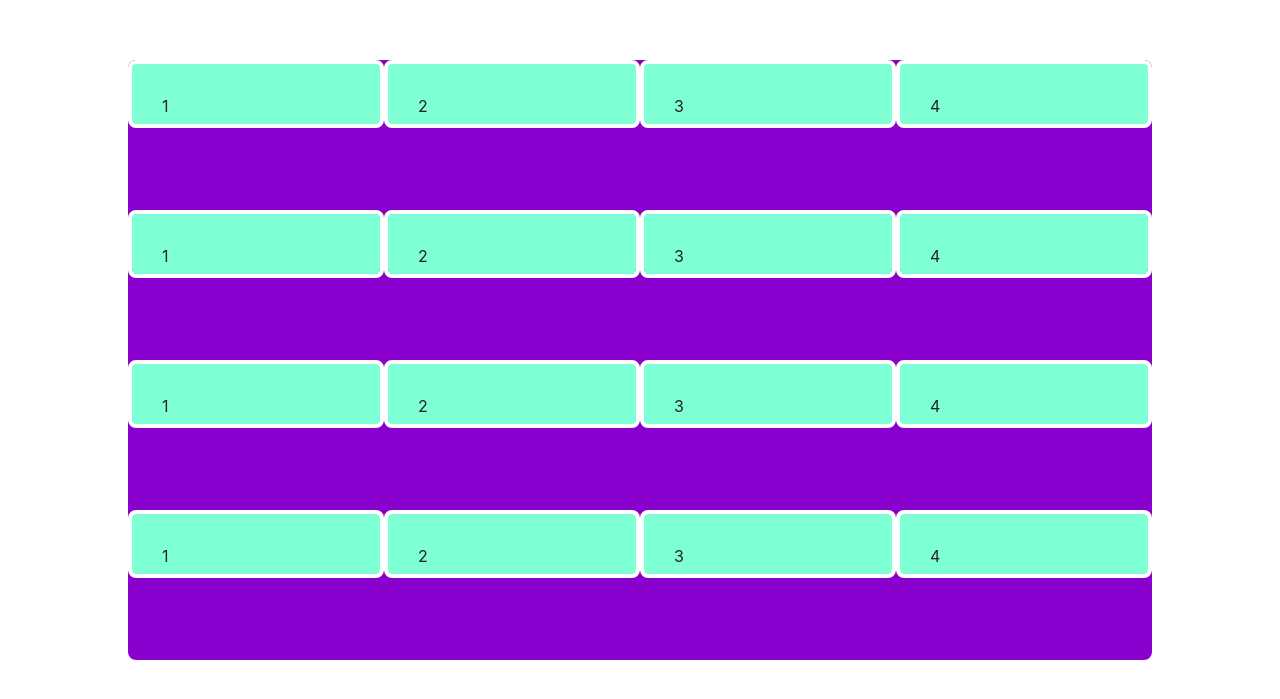
Repository: alessandradiamantino/Curso-Front-End-Design
Page: 1 - Introdução ao HTML e CSS/3 - Layouts, Grids e Flexbox/Bootstrap Grid system/index.html
An editor plug-in stored every save of this project. The page is shown before and after the next save, followed by the edit.
The browser window is 1280 px wide. The pictures show the whole page.

Above is the page before, as saved 2023-04-24 10:52:39.

### 1 - Introdução ao HTML e CSS/3 - Layouts, Grids e Flexbox/Bootstrap Grid system/index.html
<!DOCTYPE html>
<html lang="en">
<head>
  <meta charset="UTF-8">
  <meta http-equiv="X-UA-Compatible" content="IE=edge">
  <meta name="viewport" content="width=device-width, initial-scale=1.0">
  <link rel="stylesheet" href="css/bootstrap.min.css">
  <link rel="stylesheet" href="css/style.css">
  <title>Document</title>
</head>

<body>
 <!--
  <div class="my-box container justify-content-center"> <!-- container responsivo
  <div class="row">
    <div class="col-sm- col-lg-3 div-1">DIV 1</div>
    <div class="col-sm- col-lg-2 div-2">DIV 2</div>
    <div class="col-sm- col-lg-2 div-3">DIV 3</div>
  </div>
   </div>
-->
   <div class="my-container">
    <div class="my-item">
      1
    </div>
    <div class="my-item">
      2
    </div>
    <div class="my-item">
      3
    </div>
    <div class="my-item">
      4
    </div>
    <div class="my-item">
      1
    </div>
    <div class="my-item">
      2
    </div>
    <div class="my-item">
      3
    </div>
    <div class="my-item">
      4
    </div><div class="my-item">
      1
    </div>
    <div class="my-item">
      2
    </div>
    <div class="my-item">
      3
    </div>
    <div class="my-item">
      4
    </div><div class="my-item">
      1
    </div>
    <div class="my-item">
      2
    </div>
    <div class="my-item">
      3
    </div>
    <div class="my-item">
      4
    </div>
   </div>
</body>
</html>

### 1 - Introdução ao HTML e CSS/3 - Layouts, Grids e Flexbox/Bootstrap Grid system/css/style.css
* {
  box-sizing: border-box;
}
body {
  margin: 0;
  padding: 0;
}

.my-box{
  height: 100px;
}

.my-container{
  display: flex;
  width: 80%;
  height: 600px;
  margin: 60px auto;
  background-color: #8a00cf;
  border-radius: 8px;
  /*flex-direction: row;
  flex-wrap: wrap;*/
  flex-flow: row wrap;
  justify-content: space-between;
  align-items: flex-start;
  align-content: ;
}

.my-item {
  height: 50px;
  padding: 30px;
  background-color: aquamarine;
  border-radius: 8px;
  border: 4px solid white;
  flex-basis: 25%;
}

.my-box div {
  background-color: blueviolet;
  height: 80px;
  margin-top: 10px;
}

.my-box .div-1 {
  background-color: aquamarine;
}

.my-box .div-2 {
  background-color: bisque;
}

.my-box .div-3 {
  background-color: cornflowerblue;
}

Loaded but not shown: 1 - Introdução ao HTML e CSS/3 - Layouts, Grids e Flexbox/Bootstrap Grid system/css/bootstrap.min.css (library)

After the next save:
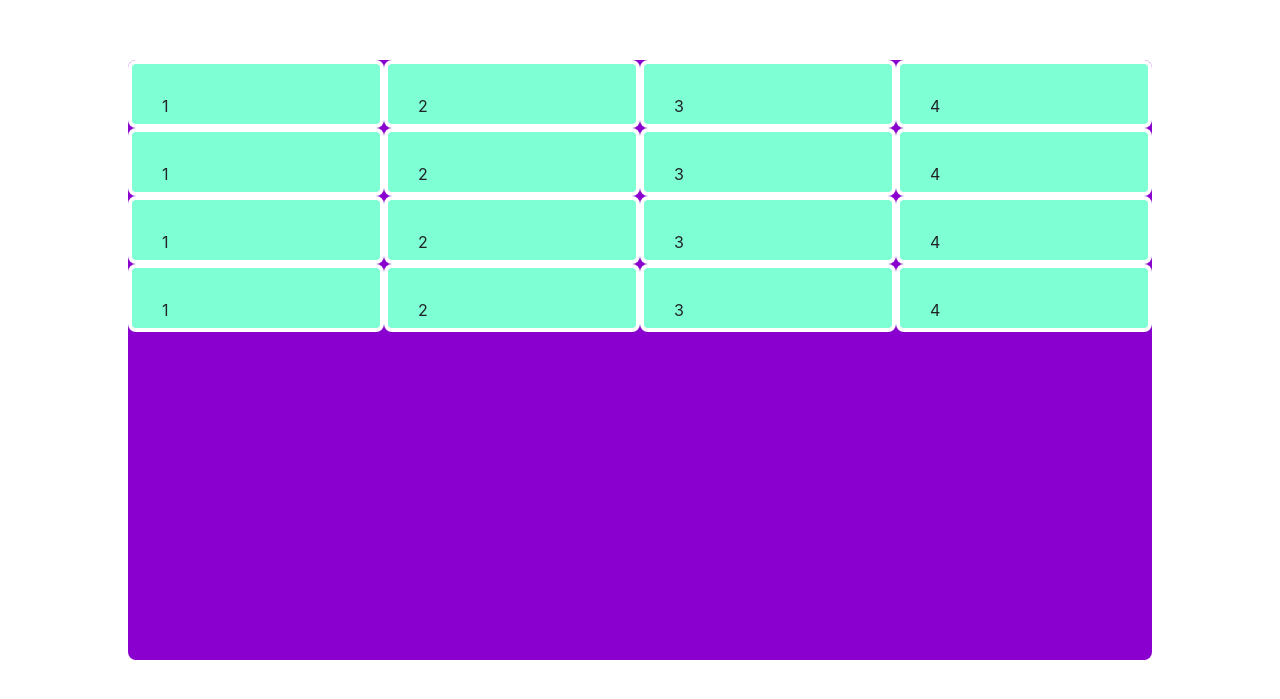
Saved 8 s later.
--- a/1 - Introdução ao HTML e CSS/3 - Layouts, Grids e Flexbox/Bootstrap Grid system/css/style.css
+++ b/1 - Introdução ao HTML e CSS/3 - Layouts, Grids e Flexbox/Bootstrap Grid system/css/style.css
@@ -22,7 +22,7 @@
   flex-flow: row wrap;
   justify-content: space-between;
   align-items: flex-start;
-  align-content: ;
+  align-content: flex-start;
 }
 
 .my-item {

After the save that followed:
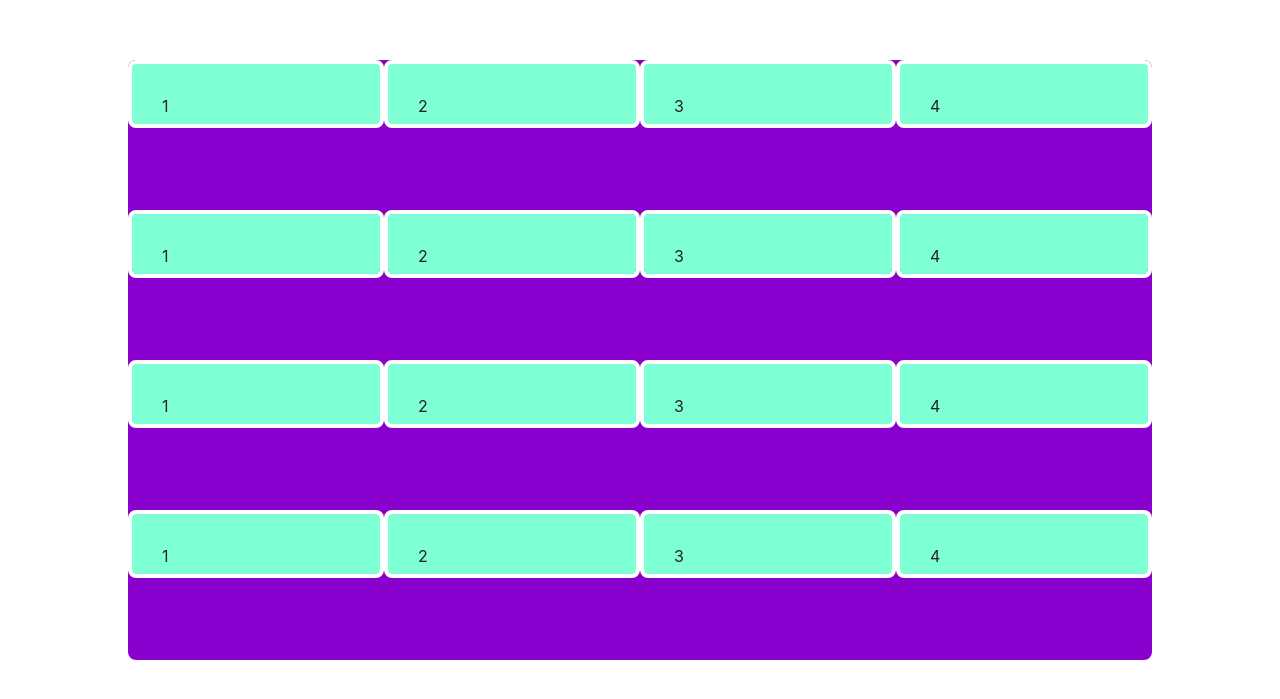
Saved 6 s later.
--- a/1 - Introdução ao HTML e CSS/3 - Layouts, Grids e Flexbox/Bootstrap Grid system/css/style.css
+++ b/1 - Introdução ao HTML e CSS/3 - Layouts, Grids e Flexbox/Bootstrap Grid system/css/style.css
@@ -22,7 +22,7 @@
   flex-flow: row wrap;
   justify-content: space-between;
   align-items: flex-start;
-  align-content: flex-start;
+  align-content: stretch;
 }
 
 .my-item {
